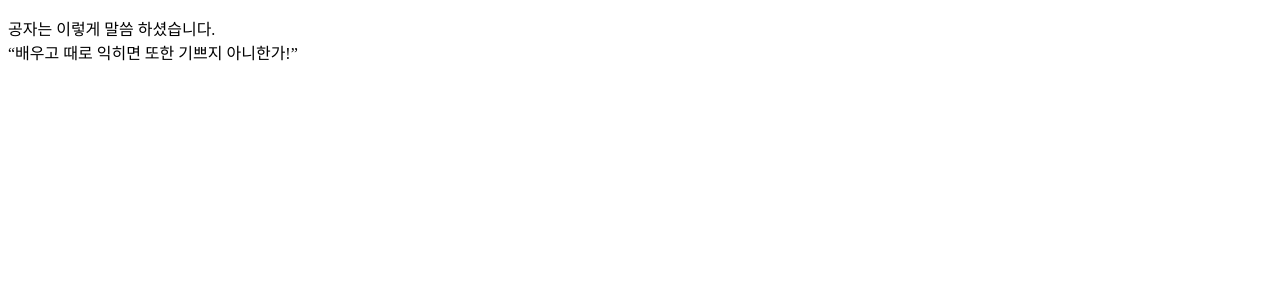
Repository: masima305/html_study
Page: Ex_1220/WebContent/day1/blockquote.html
The author's editor kept a copy of each file at every save. The page is drawn from the files as they stood at one save, then again after the next save.
The browser window is 1280 px wide. The pictures show the whole page.

Above is the page before, as saved 2017-12-20 06:22:16.

### Ex_1220/WebContent/day1/blockquote.html
<!DOCTYPE html>
<html>
	<head>
		<meta charset="UTF-8">
		<title>블록콧(인용문)</title>
	</head>
	<body>
		<p>
			공자는 이렇게 말씀 하셨습니다.<br>
			<q>배우고 때로 익히면 또한 기쁘지 아니한가!</q>
		</p>
	</body>
</html>

After the next save:
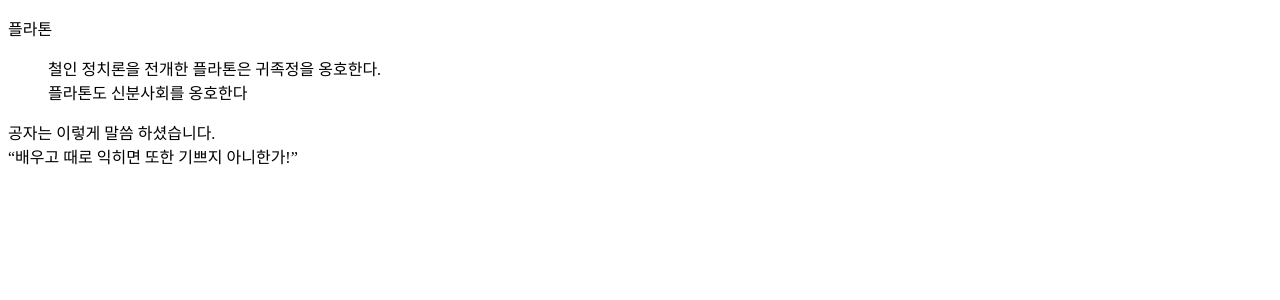
Saved 2 min 27 s later.
--- a/Ex_1220/WebContent/day1/blockquote.html
+++ b/Ex_1220/WebContent/day1/blockquote.html
@@ -5,6 +5,14 @@
 		<title>블록콧(인용문)</title>
 	</head>
 	<body>
+
+		<p> 플라톤 </p>
+		<blockquote>
+			<p>
+				철인 정치론을 전개한 플라톤은 귀족정을 옹호한다.<br>
+				플라톤도 신분사회를 옹호한다
+			</p>
+		</blockquote>
 		<p>
 			공자는 이렇게 말씀 하셨습니다.<br>
 			<q>배우고 때로 익히면 또한 기쁘지 아니한가!</q>
